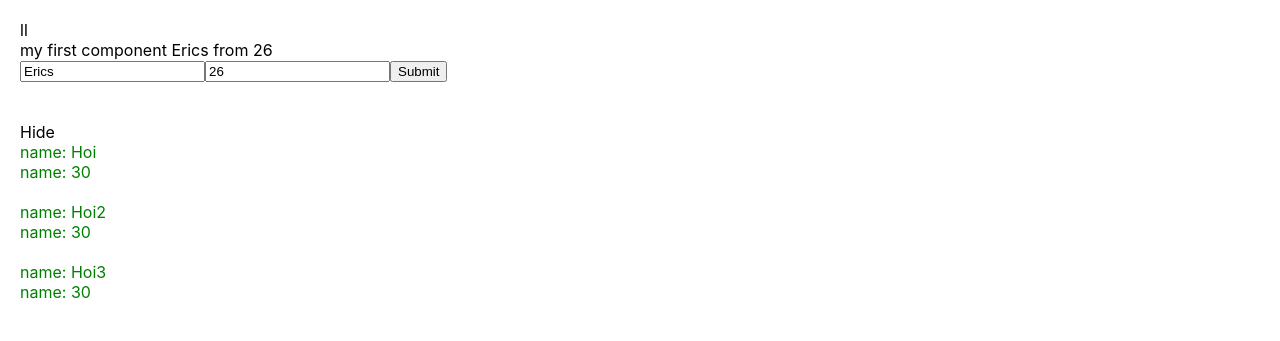
Repository: tvvn12/React-demo
Page: /
An editor plug-in stored every save of this project. The page is shown before and after the next save, followed by the edit.
The browser window is 1280 px wide. The pictures show the whole page.
The project was rebuilt for these pictures with package versions that can differ from the ones it lists, and the page was loaded fresh each time.

Above is the page before, as saved 2024-03-05 14:59:32.

### src/index.js
import React from "react";
import ReactDOM from "react-dom/client";
import App from "./App";
import reportWebVitals from "./reportWebVitals";
import { Provider } from "react-redux";
import store from "./redux/store";

const root = ReactDOM.createRoot(document.getElementById("root"));
root.render(
  <Provider store={store}>
    <App />
  </Provider>
);

// If you want to start measuring performance in your app, pass a function
// to log results (for example: reportWebVitals(console.log))
// or send to an analytics endpoint. Learn more: https://bit.ly/CRA-vitals
reportWebVitals();

### src/App.js
import React from "react";
import MyComponent from "./components/MyComponent";
import "./App.css";
class App extends React.Component {
  render() {
    return (
      <div className="App">
        ll
        <MyComponent></MyComponent>
      </div>
    );
  }
}
// const App = () => {
//   //   return (
//   //     <div className="App">
//   //       ll
//   //       <MyComponent></MyComponent>
//   //     </div>
//   //   );
//   // };
// };
// const App = () => {
//   return (
//     <div className="App">
//       ll
//       <MyComponent></MyComponent>
//     </div>
//   );
// };

export default App;

### src/components/MyComponent.js
import React from "react";
import AddUserInfo from "./AddUserInfor";
import DisplayInfo from "./DisplayInfo";

class MyComponent extends React.Component {
  state = {
    listUsers: [
      {
        id: 1,
        name: "Hoi",
        age: "30",
      },
      {
        id: 2,
        name: "Hoi2",
        age: "30",
      },
      {
        id: 3,
        name: "Hoi3",
        age: "30",
      },
    ],
  };
  handleAddNew = (userObj) => {
    this.setState({
      listUsers: [...this.state.listUsers, userObj],
    });
  };
  render() {
    return (
      <div>
        <AddUserInfo handleAddNew={this.handleAddNew} />
        <br />
        <br />

        <DisplayInfo users={this.state.listUsers}></DisplayInfo>
      </div>
    );
  }
}

export default MyComponent;

### src/App.css
body {
  padding: 20px;
  margin: 0;
  font-family: -apple-system, BlinkMacSystemFont, "Segoe UI", "Roboto", "Oxygen",
    "Ubuntu", "Cantarell", "Fira Sans", "Droid Sans", "Helvetica Neue",
    sans-serif;
  -webkit-font-smoothing: antialiased;
  -moz-osx-font-smoothing: grayscale;
}

code {
  font-family: source-code-pro, Menlo, Monaco, Consolas, "Courier New",
    monospace;
}

/*  */
.red {
  color: red;
}
.green {
  color: green;
}
.App-logo {
  height: 40vmin;
  pointer-events: none;
}

@media (prefers-reduced-motion: no-preference) {
  .App-logo {
    animation: App-logo-spin infinite 20s linear;
  }
}

.App-header {
  background-color: #282c34;
  min-height: 100vh;
  display: flex;
  flex-direction: column;
  align-items: center;
  justify-content: center;
  font-size: calc(10px + 2vmin);
  color: white;
}

.App-link {
  color: #61dafb;
}

@keyframes App-logo-spin {
  from {
    transform: rotate(0deg);
  }
  to {
    transform: rotate(360deg);
  }
}

### src/components/AddUserInfor.js
import React from "react";

class AddUserInfo extends React.Component {
  state = {
    name: "Erics",
    address: "Hoidan It",
    age: 26,
  };
  // handleClick(event) {
  //   console.log(event);
  // }
  // handleMouse(event) {
  //   console.log(event.pageX);
  // }
  handleOnchange(event) {
    console.log(event, event.target.value);
    this.setState({
      name: event.target.value,
    });
  }
  handleOnchange2(event) {
    console.log(event, event.target.value);
    this.setState({
      age: event.target.value,
    });
  }
  handleOnSubmit(e) {
    e.preventDefault();
    this.props.handleAddNew({
      id: Math.floor(Math.random() * 10),
      name: this.state.name,
      age: this.state.age,
    });
  }
  render() {
    return (
      <div className="">
        my first component {this.state.name} from {this.state.age}
        {/* <button onMouseOver={this.handleMouse} onClick={this.handleClick}>
          Click me
        </button> */}
        <form action="" onSubmit={(e) => this.handleOnSubmit(e)}>
          <input
            value={this.state.name}
            onChange={(event) => this.handleOnchange(event)}
            type="text"
            name=""
            id=""
          />
          <input
            value={this.state.age}
            onChange={(event) => this.handleOnchange2(event)}
            type="text"
            name=""
            id=""
          />
          <button>Submit</button>
        </form>
      </div>
    );
  }
}
export default AddUserInfo;

### src/components/DisplayInfo.js
import React from "react";

class DisplayInfo extends React.Component {
  state = {
    isShow: true,
  };
  handleClick = () => {
    this.setState({
      isShow: !this.state.isShow,
    });
  };
  render() {
    const { users } = this.props;

    console.log(this.props);
    return (
      <div className="">
        <div className="">
          <span
            onClick={() => {
              this.handleClick();
            }}
          >
            {this.state.isShow === true ? "Hide" : "Show"}
          </span>
        </div>
        {this.state.isShow && (
          <div>
            {users.map((item, index) => {
              return (
                <div key={item.id} className={+item.age > 30 ? "red" : "green"}>
                  <div className="">name: {item.name}</div>
                  <div className="">name: {item.age}</div>
                  <br />
                </div>
              );
            })}
          </div>
        )}
      </div>
    );
  }
}

export default DisplayInfo;

Loaded but not shown: public/index.html (common file); src/reportWebVitals.js (common file); src/redux/store.js (common file); src/redux/reducer/rootReducer.js (common file); src/redux/reducer/counterReducer.js (common file); src/redux/action/counterAction.js (common file)

After the next save:
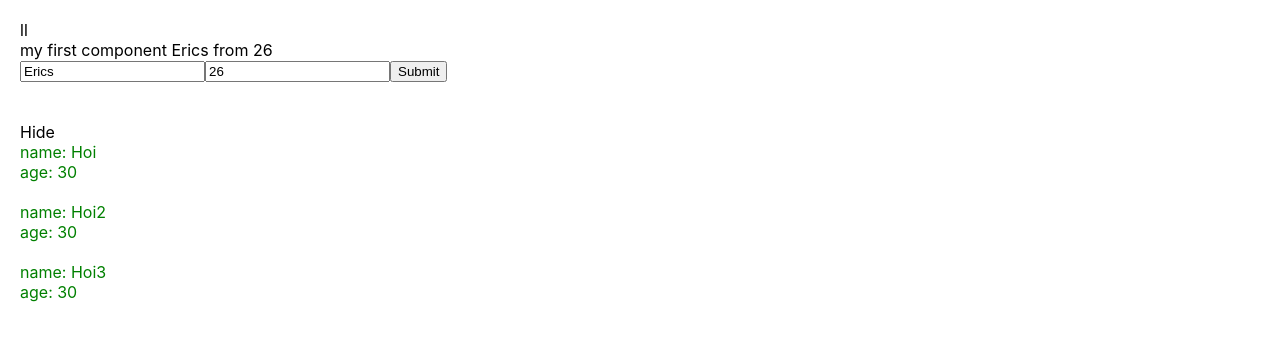
Saved 37 s later.
--- a/src/components/DisplayInfo.js
+++ b/src/components/DisplayInfo.js
@@ -30,7 +30,7 @@ class DisplayInfo extends React.Component {
               return (
                 <div key={item.id} className={+item.age > 30 ? "red" : "green"}>
                   <div className="">name: {item.name}</div>
-                  <div className="">name: {item.age}</div>
+                  <div className="">age: {item.age}</div>
                   <br />
                 </div>
               );
